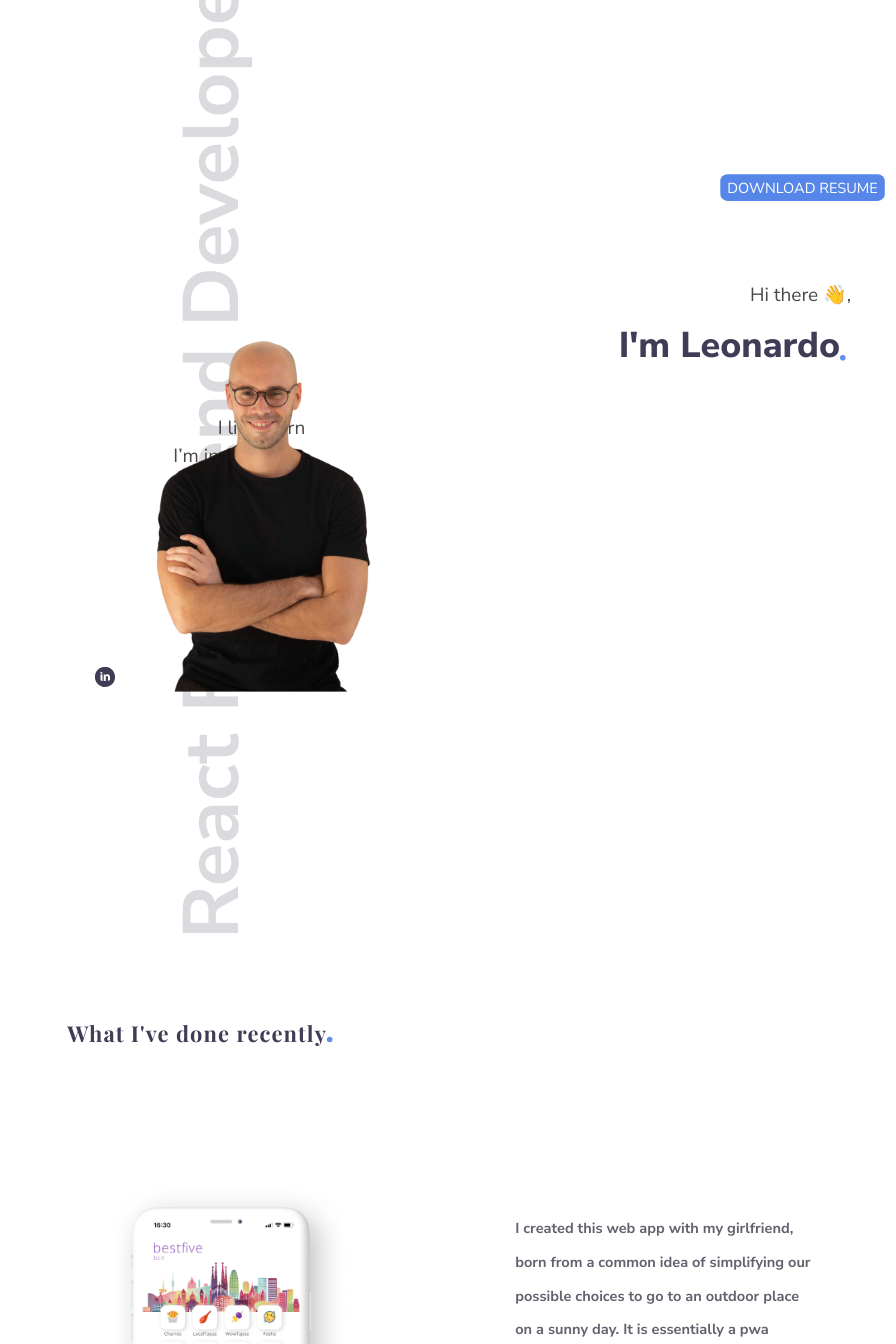
Repository: Easaaa/Portfolio-2020
Page: index.html
The author's editor kept a copy of each file at every save. The page is drawn from the files as they stood at one save, then again after the next save.
The browser window is 1280 px wide. The pictures show the part of the page from y = 0 to 1920 px (the page is 7567 px tall), at 70% of full size.
The style sheet was rebuilt from its Sass, Less or Tailwind sources for each picture, by a compiler version that may differ from the author's.

Above is the page before, as saved 2020-02-28 13:47:16.

### index.html
<!DOCTYPE html>
<html lang="en">
  <head>
    <meta charset="UTF-8" />
    <meta name="viewport" content="width=device-width, initial-scale=1.0" />
    <meta http-equiv="X-UA-Compatible" content="ie=edge" />
    <link rel="stylesheet" href="/stylesheets/css/main.css" />
    <title>leonardotononi.com</title>
  </head>
  <body>
    <!--  <nav>
      <ul>
        <li>
          <img src="/assets/hamb.svg" alt="hamburger icon" class="hamb-img" />
        </li>
        <li class="hidden">Works</li>
        <li class="hidden">Contact</li>
      </ul>
    </nav> -->
    <header>
      <div class="actions">
        <div class="socials">
          <a target="_blank" href="https://www.linkedin.com/in/leonardo-tononi/"
            ><img src="/assets/linkedin-with-circle.svg" alt="linkedin icon"
          /></a>
          <a target="_blank" href="https://github.com/Easaaa"
            ><img src="/assets/github-filled.svg" alt="github icon"
          /></a>
        </div>
        <div class="resume-btn">
          <a href="#">Download Resume</a>
        </div>
      </div>

      <div class="content-header">
        <div class="text-header-col">
          <!-- <h4>Full Stack Developer</h4> -->
          <p class="sub-title">Hi there 👋,</p>
          <h1>
            I'm Leonardo
          </h1>
          <p class="about-title">
            I like learn <br />
            I’m indipendent <br />
            I’m courious
          </p>
          <h4>React Front-end Developer</h4>
          <!-- <div class="socials-header">
            <a
              target="_blank"
              href="https://www.linkedin.com/in/leonardo-tononi/"
              ><img src="/assets/linkedin-with-circle.svg" alt="linkedin icon"
            /></a>
            <a target="_blank" href="https://github.com/Easaaa"
              ><img src="/assets/github-filled.svg" alt="github icon"
            /></a>
          </div> -->
        </div>
        <img
          src="/assets/leo-black.png"
          class="image-me-desktop"
          alt="leonardo photo"
        />
      </div>
    </header>
    <section class="works-section">
      <h2>
        What I've done recently
      </h2>
      <div class="work">
        <img src="/assets/bestfive.png" alt="iphone mockup" class="iphone" />
        <div class="work-details">
          <p>
            I created this web app with my girlfriend, born from a common idea
            of ​​simplifying our possible choices to go to an outdoor place on a
            sunny day. It is essentially a pwa created without the need for
            additional frameworks.
          </p>
          <ul class="lan-tag">
            <li># JavaScript</li>
            <li># PWA</li>
            <li># Google Analytics</li>
            <li># SEO</li>
            <li style="width: 11rem;"># Google Maps API</li>
          </ul>
          <div class="project-links">
            <a target="_blank" href="https://github.com/Easaaa/Bestfive-bcn"
              ><img src="/assets/github.svg" alt="git hub icon"
            /></a>
            <a target="_blank" href="https://bestfivebcn.com"
              ><img src="/assets/web.png" alt="world icon"
            /></a>
          </div>
        </div>
      </div>
      <div class="work odds">
        <img
          src="/assets/toureo-admin.png"
          alt="laptop mockup"
          class="desktop"
        />
        <div class="work-details">
          <p>
            After creating the first application and having hard coded the data,
            clearly not the smartest thing, I thought of creating an
            administration page from where I can create and manage the data from
            the database and then pull it from the mobile web app.
            <em
              >If you want have a look, write me an email, because you need the
              access.</em
            >
          </p>
          <ul class="lan-tag">
            <li># React.js</li>
            <li style="width: 10rem;"># Firebase Auth</li>
            <li># Firestore</li>
          </ul>
          <div class="project-links">
            <a
              target="_blank"
              href="https://github.com/Easaaa/admin-app-bestfive"
              ><img src="/assets/github.svg" alt="git hub icon"
            /></a>
            <a target="_blank" href="https://bestfivebcn.netlify.com/"
              ><img src="/assets/web.png" alt="world icon"
            /></a>
          </div>
        </div>
      </div>
      <div class="work">
        <img
          src="/assets/hotel-vittoria.png"
          alt="laptop mockup"
          class="desktop"
        />
        <div class="work-details">
          <p>
            This project with a italian hotel was my first approach to
            programming. In 2018 I made a web site with multilingual support
            with plain Html, css and JavaScript. On this
            <a target="_blank" href="https://vittoriahotel.eu">link</a> you can
            see the previous web and below you can see the new web app that is
            nearly ready to be deployed and so how my skills and tastes have
            evolved.
          </p>
          <ul class="lan-tag">
            <li># Gatsby.js</li>
            <li># Mobile View</li>
            <li># Booking.com API</li>
          </ul>
          <div class="project-links">
            <a
              target="_blank"
              href="https://github.com/Easaaa/hotel-vittoria-2020"
              ><img src="/assets/github.svg" alt="git hub icon"
            /></a>
            <a target="_blank" href="https://hotelvittoria.netlify.com/"
              ><img src="/assets/web.png" alt="world icon"
            /></a>
          </div>
        </div>
      </div>
      <div class="work odds">
        <img
          src="/assets/books-manager.png"
          alt="laptop mockup"
          class="desktop"
        />
        <div class="work-details">
          <p>
            This is a simple project made with react redux to test my
            understanding and the power of this stack.
          </p>
          <ul class="lan-tag">
            <li># React.js</li>
            <li># Redux</li>
            <li># Firebase Auth</li>
            <li># Google Books APIs</li>
          </ul>
          <div class="project-links">
            <a target="_blank" href="https://github.com/Easaaa/Book-manager"
              ><img src="/assets/github.svg" alt="git hub icon"
            /></a>
            <a target="_blank" href="https://books-manager.netlify.com/"
              ><img src="/assets/web.png" alt="world icon"
            /></a>
          </div>
        </div>
      </div>
      <h2>
        What I'm currently working on
      </h2>
      <div class="work">
        <img
          src="/assets/toureo-proto.png"
          alt="iphone mockup"
          class="iphone"
        />
        <div class="work-details">
          <p>
            I am recreating the first application (bestfive). The aim is to
            create the application with React Native, building more complex
            features, such as a more functional map, with filters and better
            interactions.
          </p>
          <ul class="lan-tag">
            <li># ReactNative</li>
            <li># Firebase</li>
          </ul>
          <div class="project-links"></div>
        </div>
      </div>
    </section>
    <section class="skill-section">
      <h2>
        Skills
      </h2>
      <ul class="skills">
        <li><img src="/assets/icon-skills/javascript.svg" alt="" /></li>
        <li><img src="/assets/icon-skills/react.svg" alt="" /></li>
        <li><img src="/assets/icon-skills/redux.svg" alt="" /></li>
        <li><img src="/assets/icon-skills/gatsby.svg" alt="" /></li>
        <li><img src="/assets/icon-skills/firebase.svg" alt="" /></li>
        <li><img src="/assets/icon-skills/sass.svg" alt="" /></li>
        <li><img src="/assets/icon-skills/html-5.svg" alt="" /></li>
        <li><img src="/assets/icon-skills/css-3.svg" alt="" /></li>
        <li><img src="/assets/icon-skills/logo-pwa.svg" alt="" /></li>
        <li><img src="/assets/icon-skills/figma.svg" alt="" /></li>
      </ul>
    </section>
    <footer>
      <h2>How to contact me</h2>
      <p>
        I am available for freelancer jobs and to work in your company. If you
        think I would be a good fit for you, send me an email.
      </p>
      <a href="mailto:leonardotononi@gmail.com" target="_top">
        <h5>leonardotononi@gmail.com</h5></a
      >
      <a href="/CV ENG - 02:2020.pdf" download>Download resume</a>
      <div class="social-links">
        <a target="_blank" href="https://www.linkedin.com/in/leonardo-tononi/"
          ><img src="/assets/linkedin-with-circle.svg" alt="linkedin icon"
        /></a>
        <a target="_blank" href="https://github.com/Easaaa"
          ><img src="/assets/github-filled.svg" alt="github icon"
        /></a>
      </div>
    </footer>
  </body>
</html>

### stylesheets/scss/main.scss
@import url("https://fonts.googleapis.com/css?family=Nunito+Sans:400,600,700,800&display=swap");
@import url("https://fonts.googleapis.com/css?family=Playfair+Display:500,700&display=swap");

* {
  padding: 0;
  margin: 0;
  box-sizing: border-box;
}

html {
  height: 100%;
  font-family: "Nunito Sans", sans-serif;
  -ms-text-size-adjust: 100%;
  -webkit-text-size-adjust: 100%;
}

body {
  width: 100%;
  height: 100%;
  -webkit-font-smoothing: antialiased;
  -moz-osx-font-smoothing: grayscale;
  font-size: 16px;
  display: block;
  min-width: 100%;
  margin-right: auto;
  margin-left: auto;
  float: right;
  clear: none;
  color: #1e1e1e;
  font-style: normal;
}

// GENERAL STYLE

ul li {
  list-style: none;
}

h2 {
  color: #3f3d56;
  font-weight: 900;
  padding: 2rem 1rem;
  position: relative;
  font-family: "Playfair Display", serif;
  letter-spacing: 1.6px;

  &:after {
    content: "";
    width: 5px;
    height: 5px;
    background-color: #618ee9;
    border-radius: 50%;
    bottom: 2.4rem;
    position: absolute;
  }
}

a {
  cursor: pointer;
}

// NAV

nav {
  position: absolute;
  right: 0;
  font-size: 1.2rem;

  .hamb-img {
    cursor: pointer;
  }

  ul {
    text-align: end;

    li {
      margin: 10px;
      text-transform: uppercase;
    }

    .hidden {
      display: none;
    }
  }
}

// HEADER

header {
  width: 100%;
  padding: 1rem 0 4rem 0;

  .actions {
    padding: 0 1rem;
    width: 100%;
    display: flex;
    justify-content: space-between;

    img {
      margin: 0 5px;
      width: 30px;
    }

    .resume-btn {
      padding-top: 4px;

      a {
        background-color: #5687E8;
        padding: 5px 10px;
        border-radius: 10px;
        color: #fff;
        text-decoration: none;
        text-transform: uppercase;
      }
    }
  }

  .content-header {
    /* background-color: #d7dce44a; */
    padding: 3rem 0;
    border-radius: 5px;

  }

  h1 {
    color: #3f3d56;
    text-align: end;
    font-weight: 900;
    margin: 0 1rem 1rem 1rem;
    position: relative;

    &:after {
      content: "";
      width: 5px;
      height: 5px;
      background-color: #618ee9;
      border-radius: 50%;
      bottom: 0.7rem;
      position: absolute;
    }
  }

  h4 {
    color: #3f3d56a1;
    padding: 1rem 2rem;
    font-size: 1.7rem;
    text-align: end;
    color: #618EE9;
  }

  p {
    color: #484848;
    text-align: end;
    font-weight: 400;
    font-size: 1.7rem;
    padding: 1rem 2rem;
    line-height: 2.5rem;
    margin: 0;
  }

  .socials-header {
    padding: 3rem 1rem 0rem 1rem;

    a img {
      width: 30px;
    }
  }



  .image-me-desktop,
  .image-me-mobile {
    max-width: 80%;
    margin: 0 auto -6px 20px;
    mix-blend-mode: normal;
  }

  .image-me-desktop {
    display: none;
  }
}

// WORKS

.works-section {
  max-width: 1400px;
  margin: 0 auto;
  padding: 1rem;

  img {
    width: 100%;
    margin: 0 auto;
    max-width: 450px;
    display: block;
    object-fit: cover;
    transition: transform 150ms ease-in;

    &:hover {
      transform: scale(1.05);
    }
  }

  .work {
    padding: 5rem 1rem;

    em {
      font-weight: 100;
    }

    .project-links {
      padding: 1rem;
      display: inline-flex;

      a {
        padding: 1rem;
        color: #fff;
        background-color: #618ee924;
        margin: 0 10px;
        border-radius: 50%;
      }

      img {
        width: 30px;
      }
    }
  }

  .iphone {
    width: 70%;
  }

  .desktop {
    max-width: 700px;
  }

  p {
    color: #61626d;
    font-weight: bold;
    padding: 1.3rem;
    line-height: 35px;

    a {
      color: #5687e8;
    }
  }

  .lan-tag {
    padding: 1rem;
    display: flex;
    flex-wrap: wrap;
    justify-content: flex-start;

    li {
      padding: 0.3rem 0.6rem;
      margin: 10px;
      text-align: center;
      border-radius: 40px;
    }

    .js {
      background-color: #f7df1e;
    }

    .react {
      background-color: #00d8ff;
    }

    .firebase {
      background-color: #fcca3f;
    }

    .redux {
      background-color: #764abc;
    }

    .pwa {
      background-color: #a34a4a;
      color: #fff;
    }
  }
}

// SKILLS

.skill-section {
  padding: 5rem 1rem;

  .skills {
    display: flex;
    flex-wrap: wrap;
    justify-content: space-evenly;

    li {
      width: 100px;
      text-align: center;
      padding: 1rem;

      img {
        width: 40px;
      }
    }
  }
}

// FOOTER

footer {
  padding: 1rem;

  p {
    color: #61626d;
    text-align: start;
    font-weight: 400;
    line-height: 2.5rem;
    padding-bottom: 2rem;
  }

  h5 {
    font-size: 1.2rem;
    font-weight: 400;
    color: #5687e8;
    padding-bottom: 2rem;
  }

  a {
    color: #5687e8;
  }

  .social-links {
    padding: 2rem 0;
    width: 100%;
    text-align: end;

    img {
      width: 30px;
      margin: 0 10px;
      color: #3f3d56;
    }

    a {
      text-decoration: none;
      color: #3f3d56;
    }
  }
}

@media only screen and (min-width: 700px) {
  body {
    font-size: 1.3rem;
  }

  header {
    padding: 4rem 0;

    h4,
    p,
    h1 {
      padding-right: 4rem;
    }

    h4 {
      font-size: 3rem;
    }

    .about-title {
      max-width: 500px;
    }
  }

  .works-section {
    padding: 5rem;

    .odds:last-of-type {
      padding: 3rem 0;
    }

    .work {
      padding: 10rem 0;

      p {
        padding: 2rem;
        line-height: 3rem;
      }

      .lan-tag {
        li {
          font-size: 1.1rem;
        }
      }
    }

    .desktop {
      padding-bottom: 4rem;
    }
  }

  .skill-section {
    padding: 5rem;

    .skills li img {
      width: 50px;
    }
  }

  footer {
    padding: 12rem 5rem;
  }
}

@media only screen and (min-width: 1000px) {
  h2 {
    &:after {
      bottom: 2.5rem;
      width: 8px;
      height: 8px;
    }
  }

  nav {
    position: initial;
    font-size: 1.2rem;
    width: 100%;
    text-align: center;

    .hamb-img {
      display: none;
    }

    ul {
      text-align: center;

      li {
        margin: 10px 30px;
        cursor: pointer;
        color: #3f3d56;
        font-weight: bold;
      }

      .hidden {
        display: inline-block;
      }
    }
  }

  .image-me-mobile {
    display: none;
  }

  header {
    margin: 12em 0;
    padding: 0;
    position: relative;

    img {
      margin: 0;
      position: absolute;
      bottom: 0;
      left: 130px;
    }

    h4 {
      font-size: 7rem;
      position: absolute;
      transform: rotate(-90deg);
      left: -450px;
      top: 38%;
      color: #3f3d5630;
    }

    .content-header {
      padding: 0;
      height: 700px;
      max-width: 1300px;
      margin: 0 0 0 auto;
    }

    .image-me-desktop {
      display: inline-block;
    }

    .text-header-col {
      padding: 5em 0;

      .socials-header {
        display: none;
      }

      h1 {
        padding: 0 4rem 2rem 0;
        font-size: 3.2rem;

        &:after {
          bottom: 2.8rem;
          width: 8px;
          height: 8px;
        }
      }
    }
  }

  .works-section {
    padding: 12rem 5rem;

    .work {
      display: grid;
      grid-template-columns: 1fr 1fr;
      grid-gap: 8rem;
      place-content: center;
      place-items: center;

      .lan-tag {
        justify-content: flex-start;
      }
    }

    .odds {
      img {
        order: 2;
      }

      p {
        text-align: end;
      }

      .lan-tag {
        justify-content: flex-end;
      }

      .project-links {
        justify-content: flex-end;
        width: 100%;
      }
    }
  }

  .skill-section {
    max-width: 1200px;
    background-color: #d7dce44a;
  }

  footer {
    max-width: 1100px;
    margin: 0 auto 0 0;
  }
}

@media only screen and (min-width: 1500px) {
  header img {
    left: initial;
  }
}

@media only screen and (min-width: 2000px) {
  header {
    max-width: 2000px;
    margin: 12em auto 0 auto;

    img {
      left: 25rem;
    }
  }
}

After the next save:
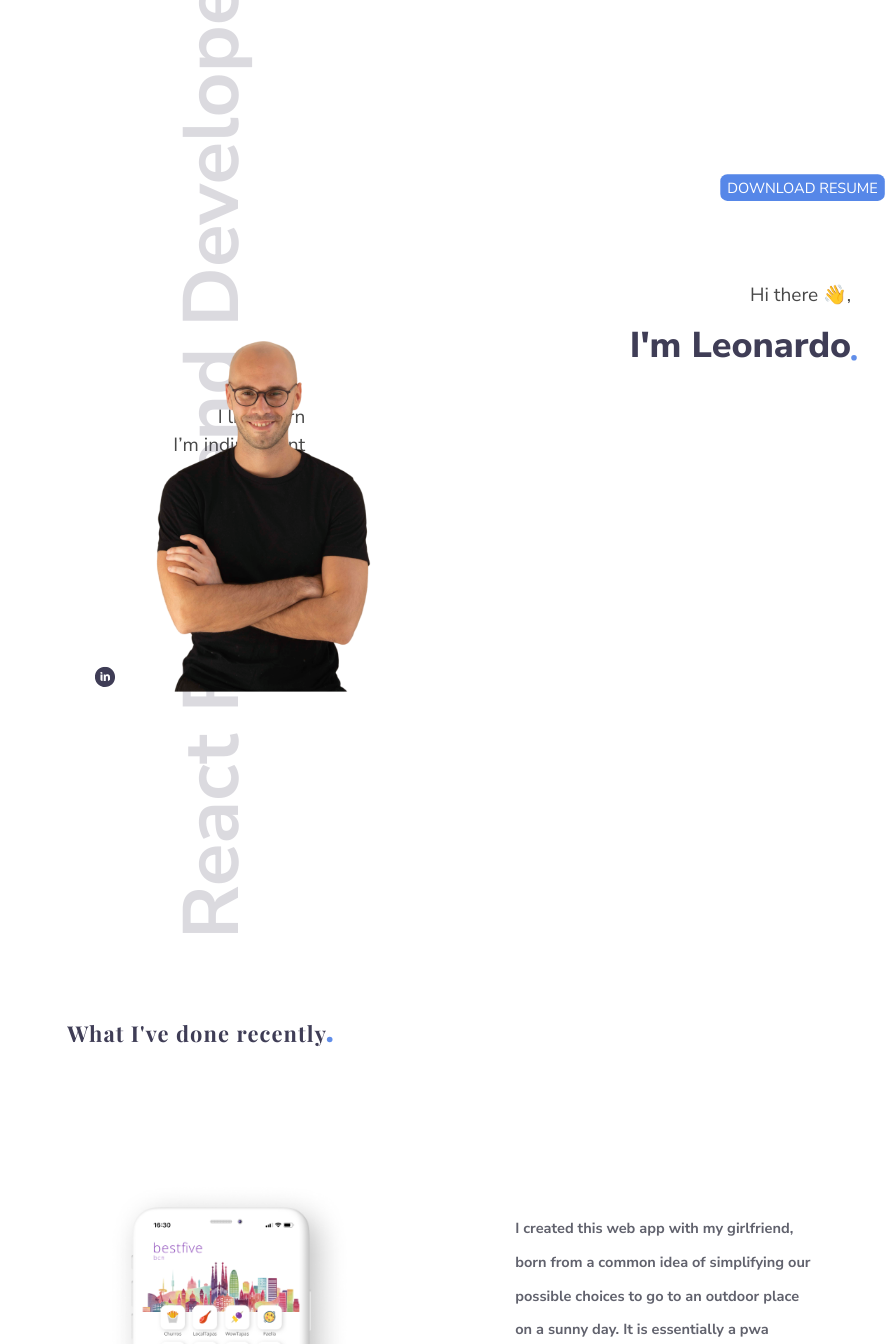
Saved 22 s later.
--- a/stylesheets/scss/main.scss
+++ b/stylesheets/scss/main.scss
@@ -126,7 +126,6 @@
     color: #3f3d56;
     text-align: end;
     font-weight: 900;
-    margin: 0 1rem 1rem 1rem;
     position: relative;
 
     &:after {

After the save that followed:
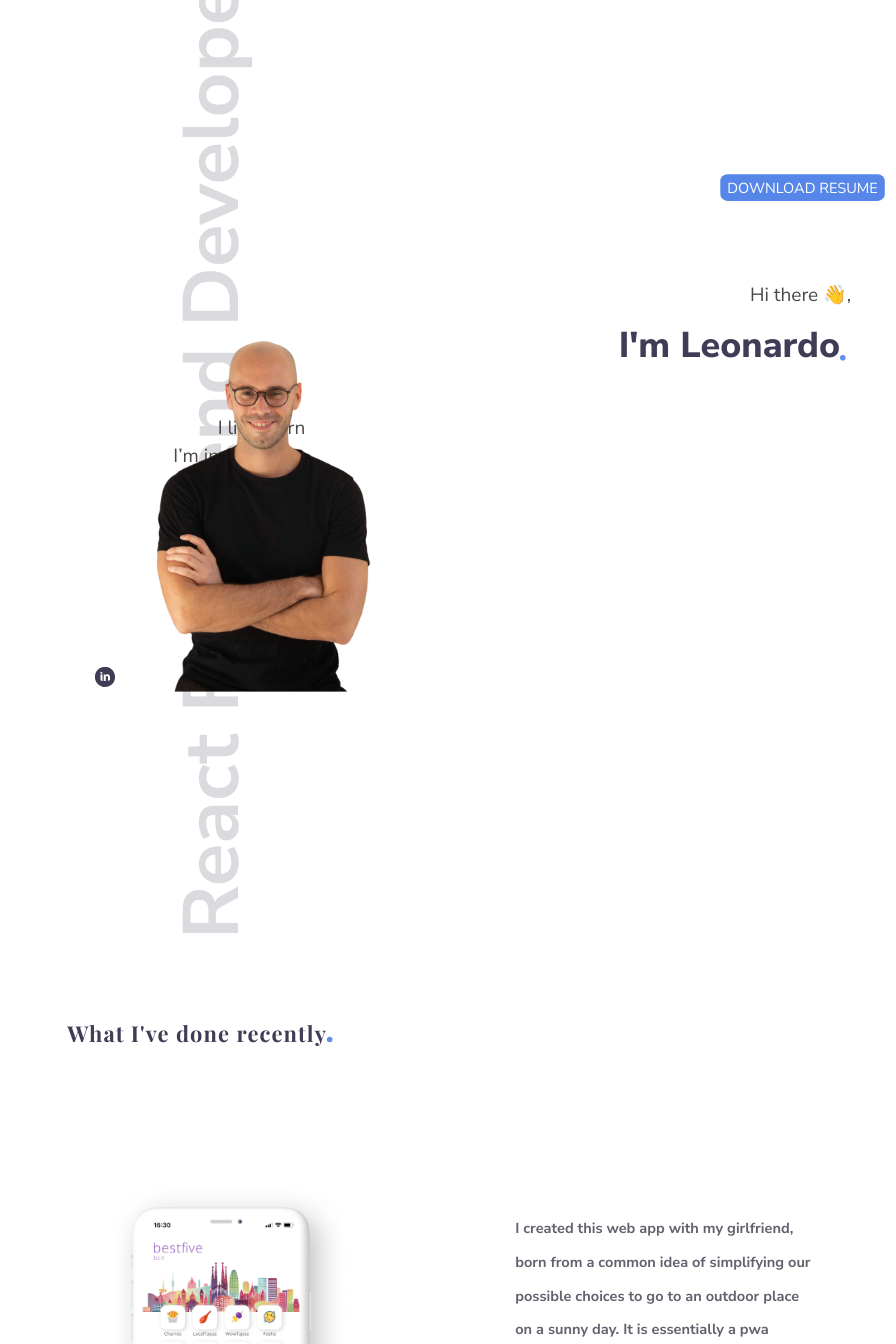
Saved 9 s later.
--- a/stylesheets/scss/main.scss
+++ b/stylesheets/scss/main.scss
@@ -126,6 +126,7 @@
     color: #3f3d56;
     text-align: end;
     font-weight: 900;
+    margin: 0 1rem 1rem 1rem;
     position: relative;
 
     &:after {
